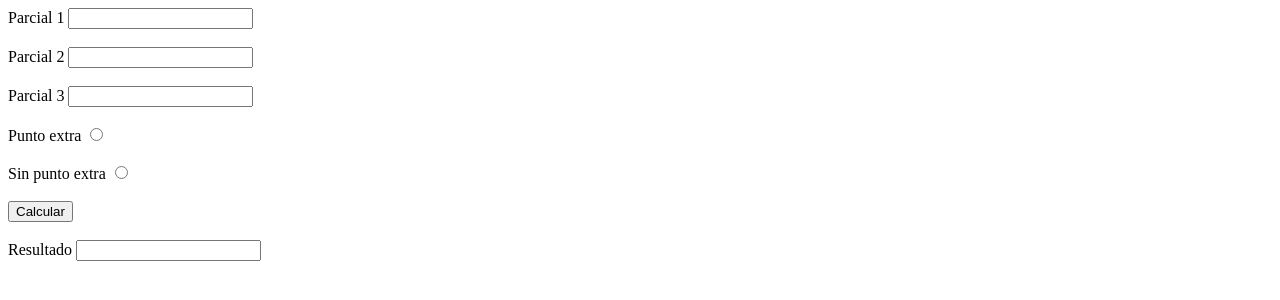
Repository: JoyMoGas/javascript-learn
Page: popo.html
An editor plug-in stored every save of this project. The page is shown before and after the next save, followed by the edit.
The browser window is 1280 px wide. The pictures show the whole page.

Above is the page before, as saved 2024-05-13 22:24:59.

After the next save:
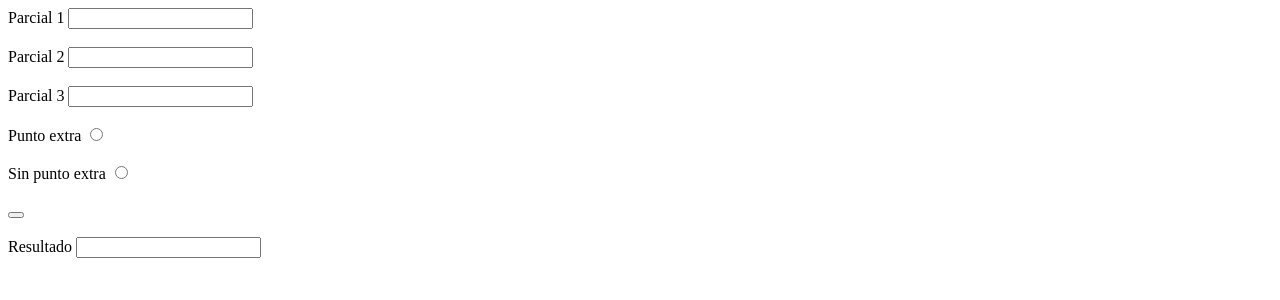
Saved 50 s later.
--- a/popo.html
+++ b/popo.html
@@ -22,7 +22,7 @@
     <label for="sinpunto">Sin punto extra</label>
     <input type="radio" name="extra" id="sinpunto">
     <br><br>
-    <input type="button" name="calcular" value="Calcular" onclick="calcular()">
+    <button type="button" name="calcular" value="Calcular" onclick="calcular()"></button>
     <br><br>
     <label for="resultado">Resultado</label>
     <input type="text" name="r" id="resultado" readonly>

After the save that followed:
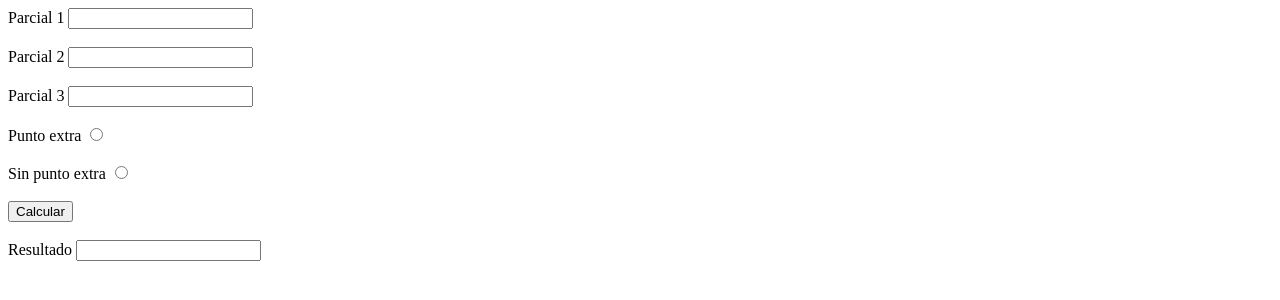
Saved 13 s later.
--- a/popo.html
+++ b/popo.html
@@ -22,7 +22,7 @@
     <label for="sinpunto">Sin punto extra</label>
     <input type="radio" name="extra" id="sinpunto">
     <br><br>
-    <button type="button" name="calcular" value="Calcular" onclick="calcular()"></button>
+    <button type="button" name="calcular" onclick="calcular()">Calcular</button>
     <br><br>
     <label for="resultado">Resultado</label>
     <input type="text" name="r" id="resultado" readonly>
